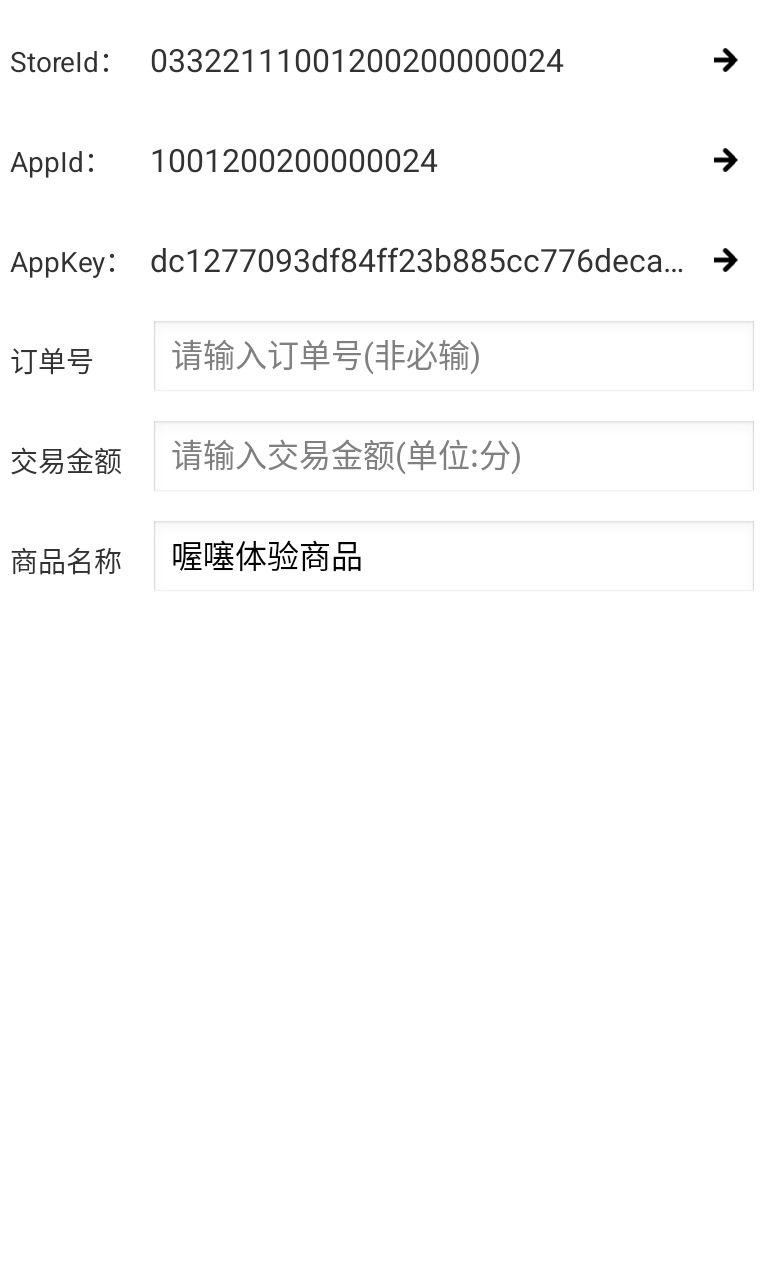
Repository: blanks1314/sysnc_android
Layout: UpayDemo/res/layout/fragment_setting.xml
The author's editor kept a copy of each file at every save. The layout is drawn from the files as they stood at one save, then again after the next save.
It is drawn on a 768 x 1280 px phone screen (xhdpi) without system bars, with theme AppTheme; the app's code is not run.

Above is the layout before, as saved 2015-04-28 05:05:11.

After the next save:
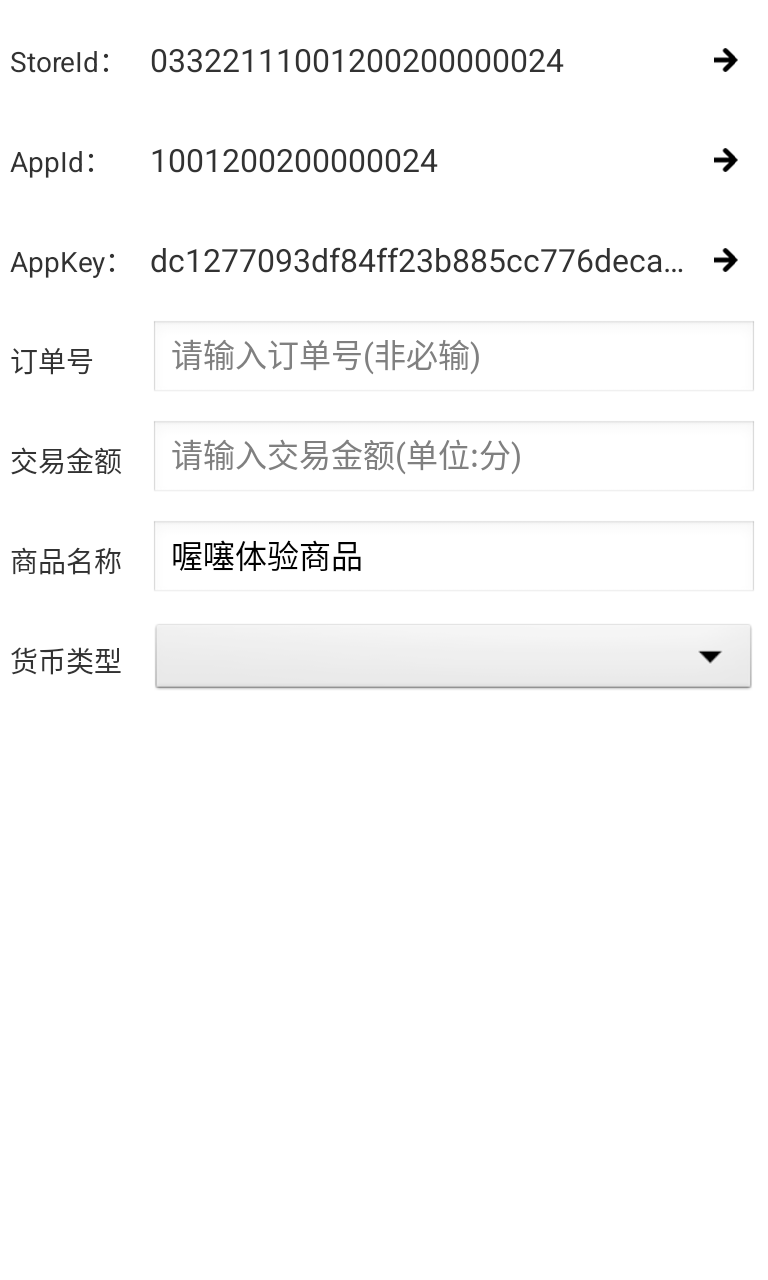
Saved 11 min 58 s later.
--- a/UpayDemo/res/layout/fragment_setting.xml
+++ b/UpayDemo/res/layout/fragment_setting.xml
@@ -99,4 +99,16 @@
 
     </LinearLayout>
 
+    <LinearLayout style="@style/linear_style_1" >
+
+        <TextView
+            android:layout_width="70dp"
+            android:layout_height="wrap_content"
+            android:text="货币类型" />
+
+        <Spinner android:id="@+id/spn_currType"
+            style="@style/edit_style_1"/>
+
+    </LinearLayout>
+
 </LinearLayout>
